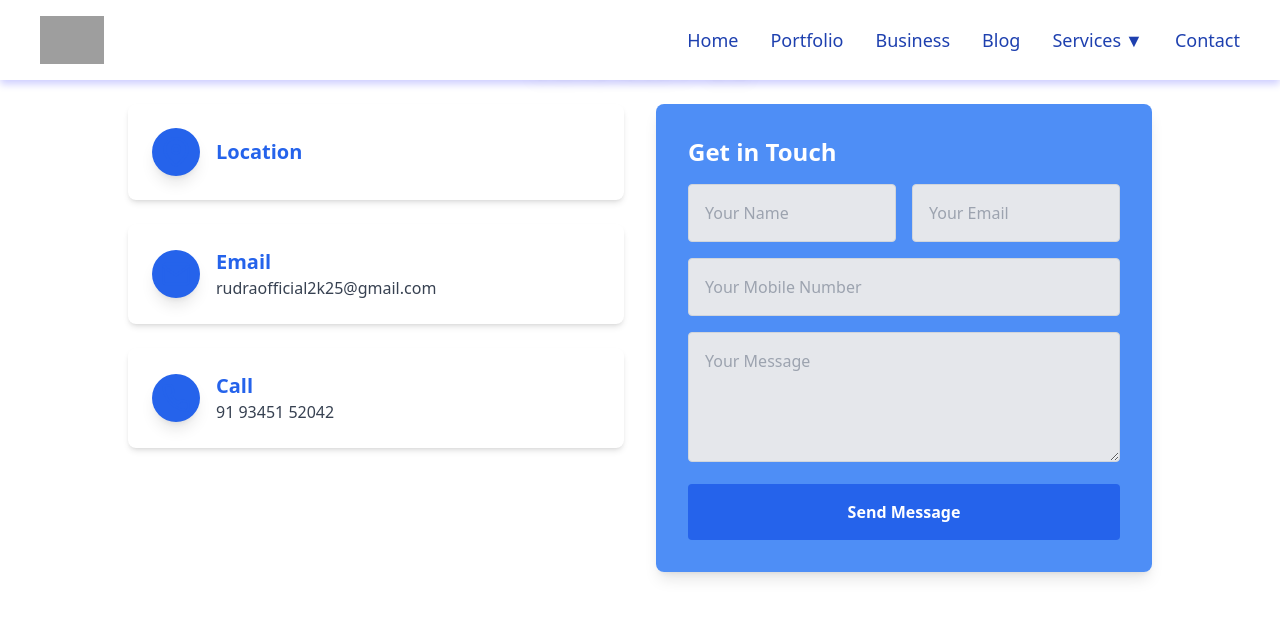
Repository: Rudra-Eswaran/Rudra_Official
Page: /
These files come from the project's save history. The page is drawn as it stood at one moment and after the next save; the edit follows.
The browser window is 1280 px wide. The pictures show the whole page.
Pictures or frames that could not be fetched are drawn as grey boxes. Some web libraries are served in a nearby version. The project was rebuilt for these pictures with package versions that can differ from the ones it lists, and the page was loaded fresh each time. Also part of the build but not shown: vite.config.js.

Above is the page before, as saved 2025-04-15 18:58:26.

After the next save:
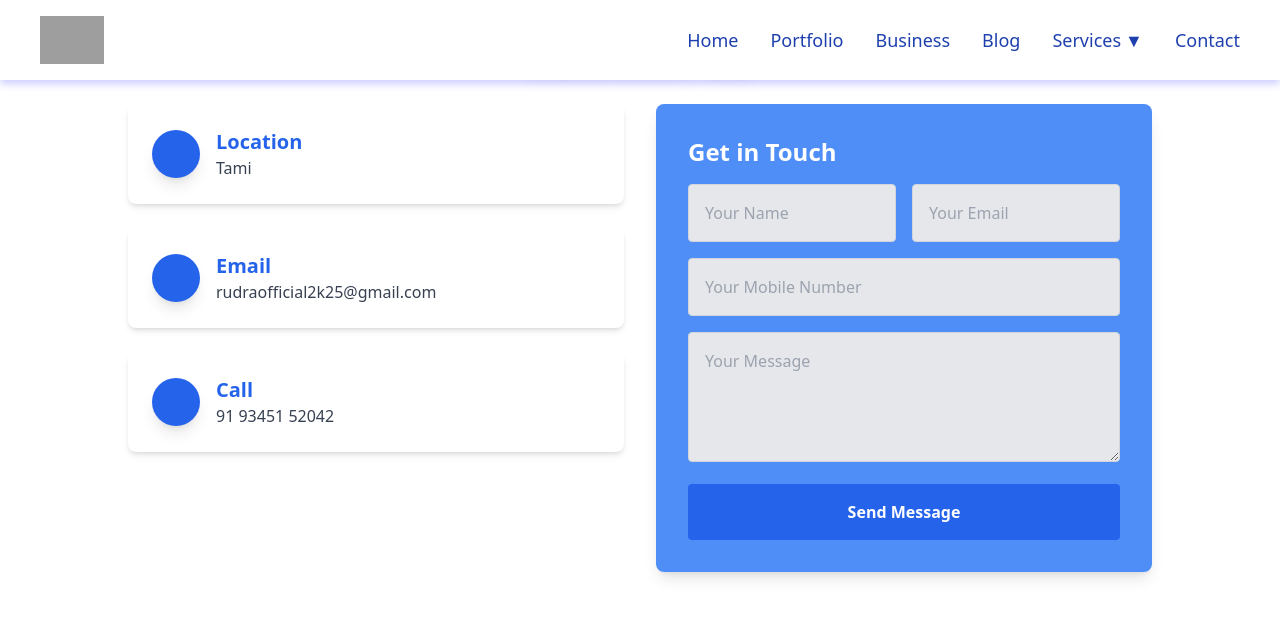
Saved 4 s later.
--- a/src/Constants.jsx
+++ b/src/Constants.jsx
@@ -2,7 +2,7 @@
 export const CONTACT_INFO = {
     location: {
       title: "Location",
-      text: "",
+      text: "Tami",
       icon: "FiMapPin",
     },
     email: {
